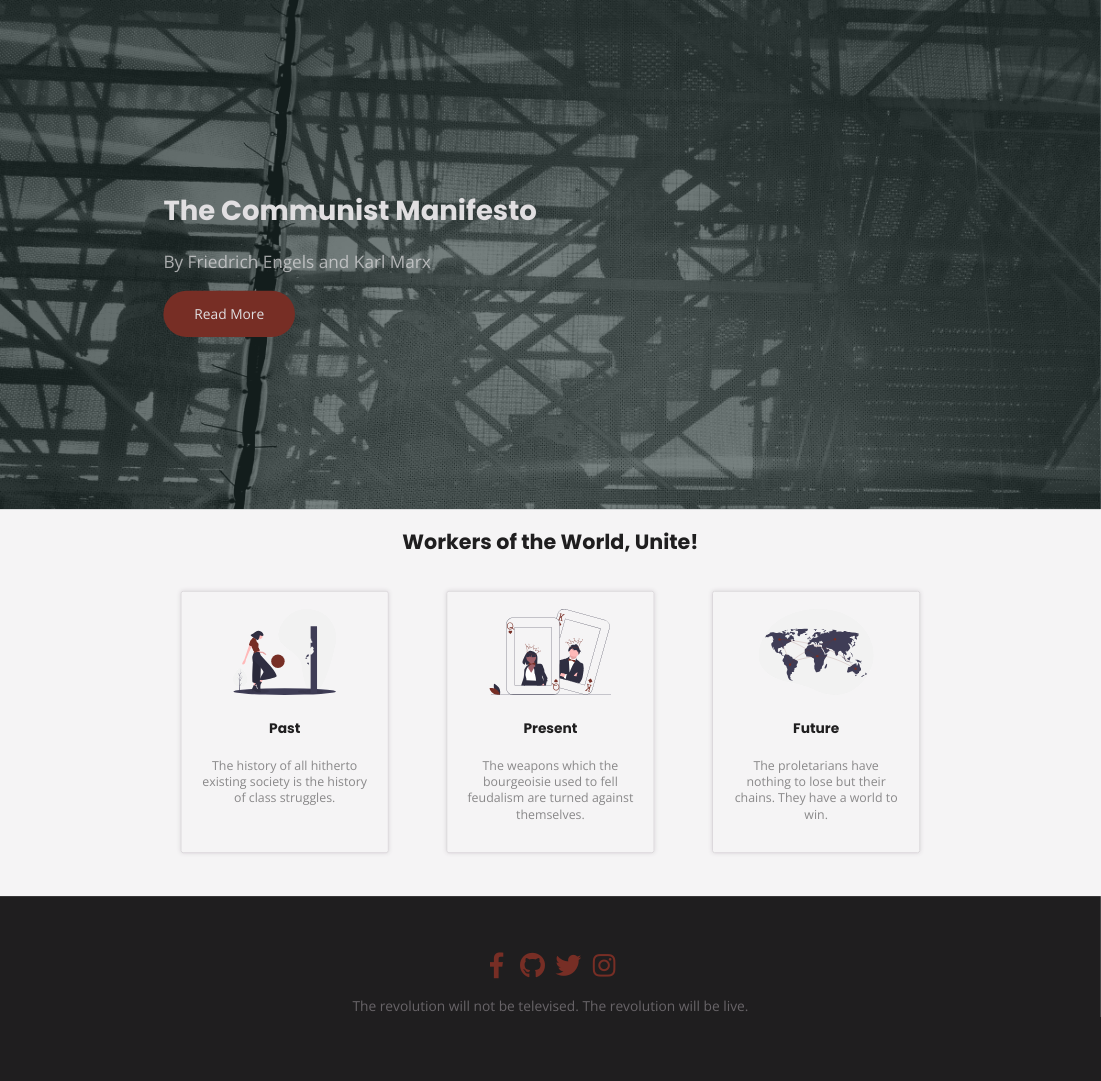
Repository: eaang/landing
Page: index.html
The author's editor kept a copy of each file at every save. The page is drawn from the files as they stood at one save, then again after the next save.
The browser window is 1280 px wide. The pictures show the whole page, at 86% of full size.
Some web libraries are served in a nearby version.

Above is the page before, as saved 2020-06-10 16:50:14.

### index.html
<!DOCTYPE html>
<html>
  <head>
    <meta charset="UTF-8" />
    <title>The Communist Manifesto</title>
    <link rel="shortcut icon" href="data:[embedded picture, 18 characters]" type="image/x-icon" />
    <!-- We need this line below for responsiveness! -->
    <meta name="viewport" content="width=device-width, initial-scale=1" />
    <link rel="stylesheet" href="css/style.css" />
  </head>
  <body>
    <!-- code a Hero / Banner section -->
    <div class="banner">
      <div class="container">
        <h1>The Communist Manifesto</h1>
        <p>By Friedrich Engels and Karl Marx</p>
        <a class="btn-primary" href="#">Read More</a>
      </div>
    </div>
    <!-- code a "How it works" section -->
    <div class="container">
      <h2 class="text-center">Workers of the World, Unite!</h2>
      <div class="cards">
        <div class="card">
          <img src="images/struggle.svg" alt="" />
          <h4>Past</h4>
          <p>
            The history of all hitherto existing society is the history of class
            struggles.
          </p>
        </div>

        <div class="card">
          <img src="images/feudal.svg" alt="" />
          <h4>Present</h4>
          <p>
            The weapons which the bourgeoisie used to fell feudalism are turned
            against themselves.
          </p>
        </div>

        <div class="card">
          <img src="images/future.svg" alt="" />
          <h4>Future</h4>
          <p>
            The proletarians have nothing to lose but their chains. They have a
            world to win.
          </p>
        </div>
      </div>
    </div>
    <!-- code a footer -->
    <div class="footer">
      <div class="links">
        <a href="#"><i class="fab fa-fw fa-facebook-f"></i></a>
        <a href="#"><i class="fab fa-fw fa-github"></i></a>
        <a href="#"><i class="fab fa-fw fa-twitter"></i></a>
        <a href="#"><i class="fab fa-fw fa-instagram"></i></a>
        <p>
          The revolution will not be televised. The revolution will be live.
        </p>
      </div>
    </div>
  </body>
</html>

### css/style.css
/* Fonts */
@import url("https://fonts.googleapis.com/css?family=Open+Sans:400,700|Poppins:700");

/* Fontawesome */
@import url("https://use.fontawesome.com/releases/v5.6.3/css/all.css");

/* Utilities */
body {
  margin: 0;
  font-family: Open Sans;
  background-color: #f5f4f5;
  color: #1f1e1f;
}

h1,
h2,
h3,
h4 {
  font-family: Poppins;
}

a {
  text-decoration: none;
}

.text-center {
  text-align: center;
}
/* Custom design below! */
.container {
  max-width: 900px;
  margin: auto;
}

/* Banner design */
.banner:before {
  content: " ";
  display: block;
  position: absolute;
  left: 0;
  top: 0;
  width: 100%;
  height: 100%;
  z-index: 1;
  opacity: 0.4;
  background-image: url("../images/background.jpg");
  background-repeat: no-repeat;
  background-position: 50% 0;
  -ms-background-size: cover;
  -o-background-size: cover;
  -moz-background-size: cover;
  -webkit-background-size: cover;
  background-size: cover;
}
.banner {
  position: relative;
  background: #203130;
  overflow: hidden;
  padding: 200px 0;
}
.banner h1 {
  position: relative;
  z-index: 2;
  color: #e1dfe1;
}
.banner p {
  position: relative;
  z-index: 2;
  color: #e1dfe1;
  opacity: 0.7;
  font-size: 20px;
}
.btn-primary {
  position: relative;
  z-index: 2;
  display: inline-block;
  background-color: #772e25;
  padding: 16px 36px;
  border-radius: 50px;
  color: #e1dfe1;
}

/* Cards design */
.cards {
  max-width: 920px;
  flex-wrap: wrap;
  display: flex;
  padding: 10px;
  justify-content: space-between;
  margin-bottom: 30px;
}
.card {
  max-width: 200px;
  border-radius: 3px;
  box-shadow: 0 0 5px rgb(216, 212, 216);
  text-align: center;
  padding: 20px;
  margin: 10px;
  border: 1px solid rgb(216, 212, 216);
}
.card img {
  height: 100px;
}
.card p {
  opacity: 0.5;
  font-size: 0.9em;
}

/* Footer design */
.footer {
  text-align: center;
  padding: 60px;
  background-color: #1f1e1f;
}
.footer a {
  font-size: 30px;
  color: #772e25;
}
.footer p {
  color: #686468;
}

/* Media Queries */

@media only screen and (max-width: 900px) {
  .cards {
    display: flex;
  }
}

After the next save:
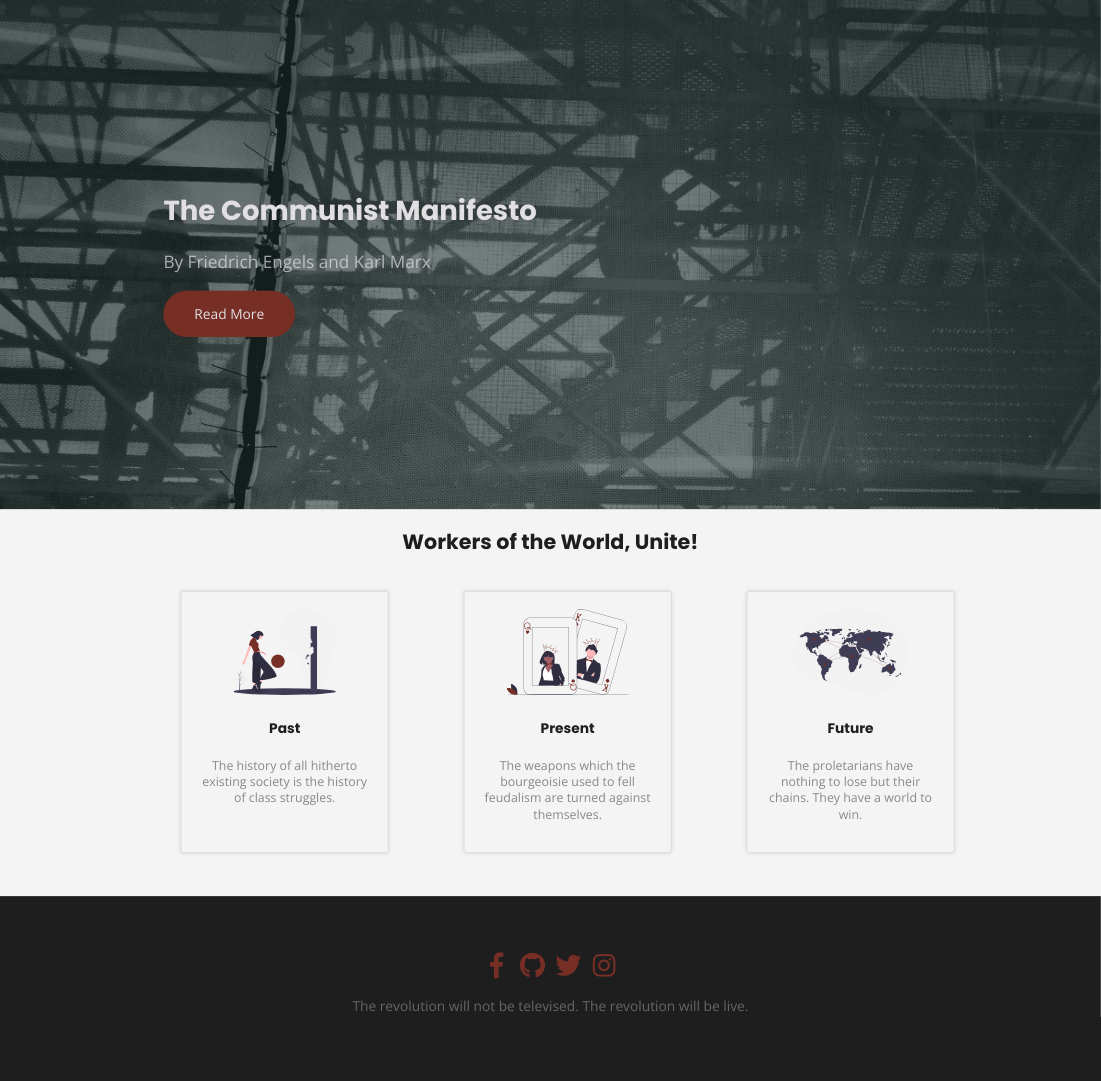
Saved 9 s later.
--- a/css/style.css
+++ b/css/style.css
@@ -82,7 +82,7 @@
 
 /* Cards design */
 .cards {
-  max-width: 920px;
+  width: 920px;
   flex-wrap: wrap;
   display: flex;
   padding: 10px;

After the save that followed:
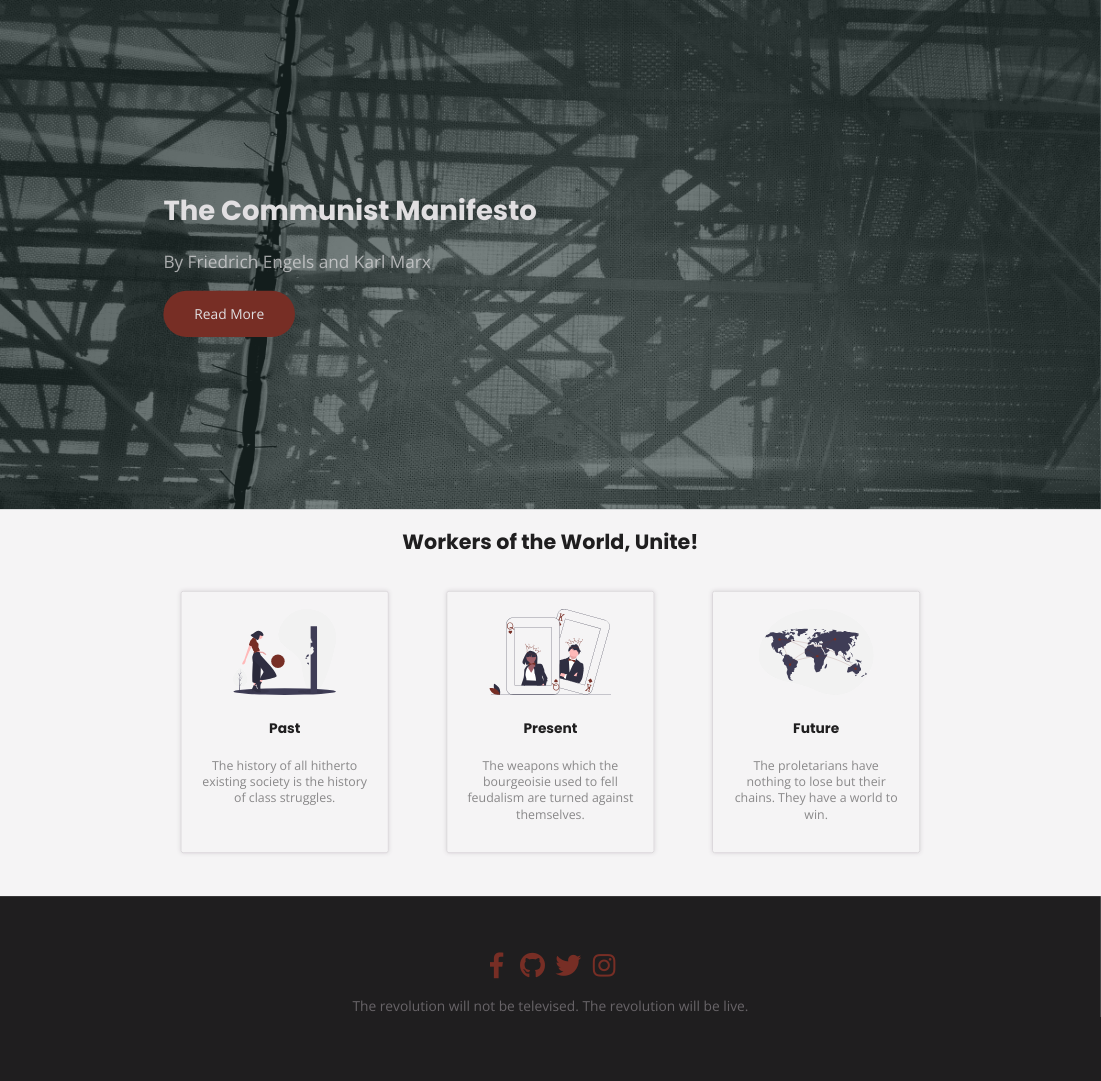
Saved 100 s later.
--- a/css/style.css
+++ b/css/style.css
@@ -82,7 +82,6 @@
 
 /* Cards design */
 .cards {
-  width: 920px;
   flex-wrap: wrap;
   display: flex;
   padding: 10px;
